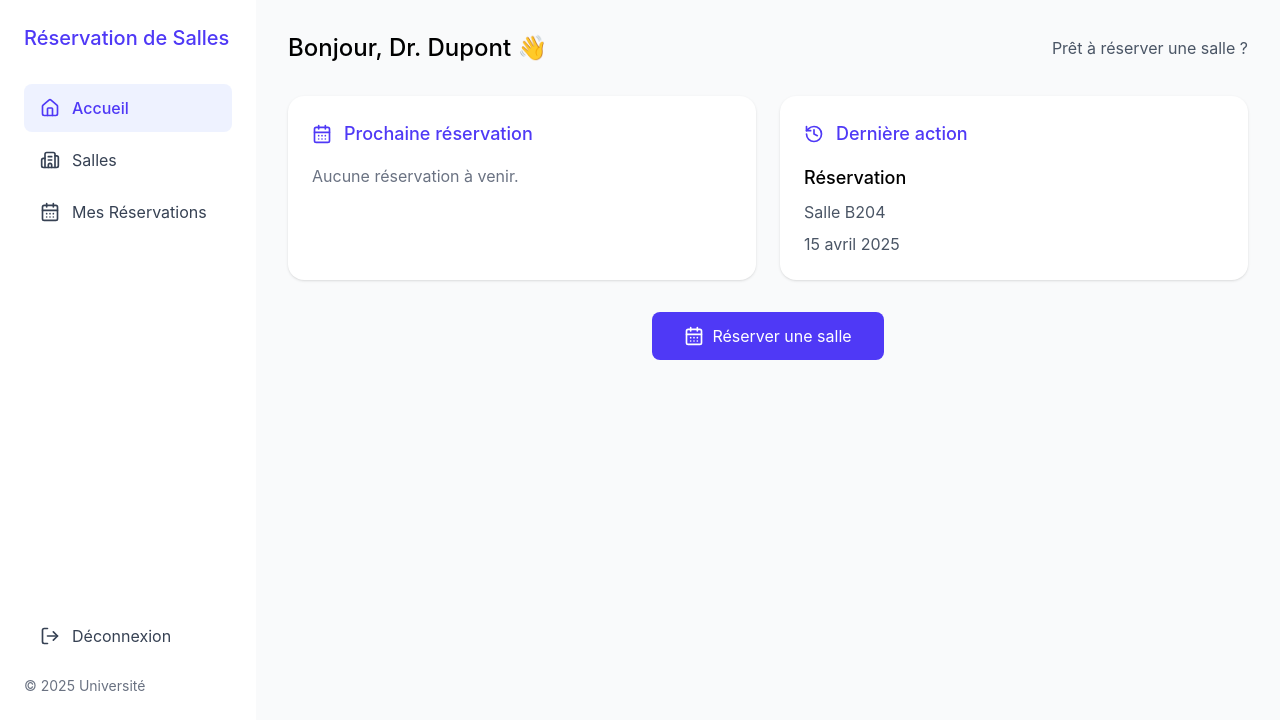
Repository: alaouii1/reservation-salles-front-V0.0.1
Page: /
An editor plug-in stored every save of this project. The page is shown before and after the next save, followed by the edit.
The browser window is 1280 px wide. The pictures show the whole page.
The page's requests for data from a server got no answer. The project was rebuilt for these pictures with package versions that can differ from the ones it lists, and the page was loaded fresh each time. No one was signed in, and anything a server would have sent is missing. Also part of the build but not shown: vite.config.ts, src/services/salleService.ts, src/pages/Rooms.tsx, src/pages/Reservations.tsx.

Above is the page before, as saved 2025-04-23 16:37:09.

After the next save:
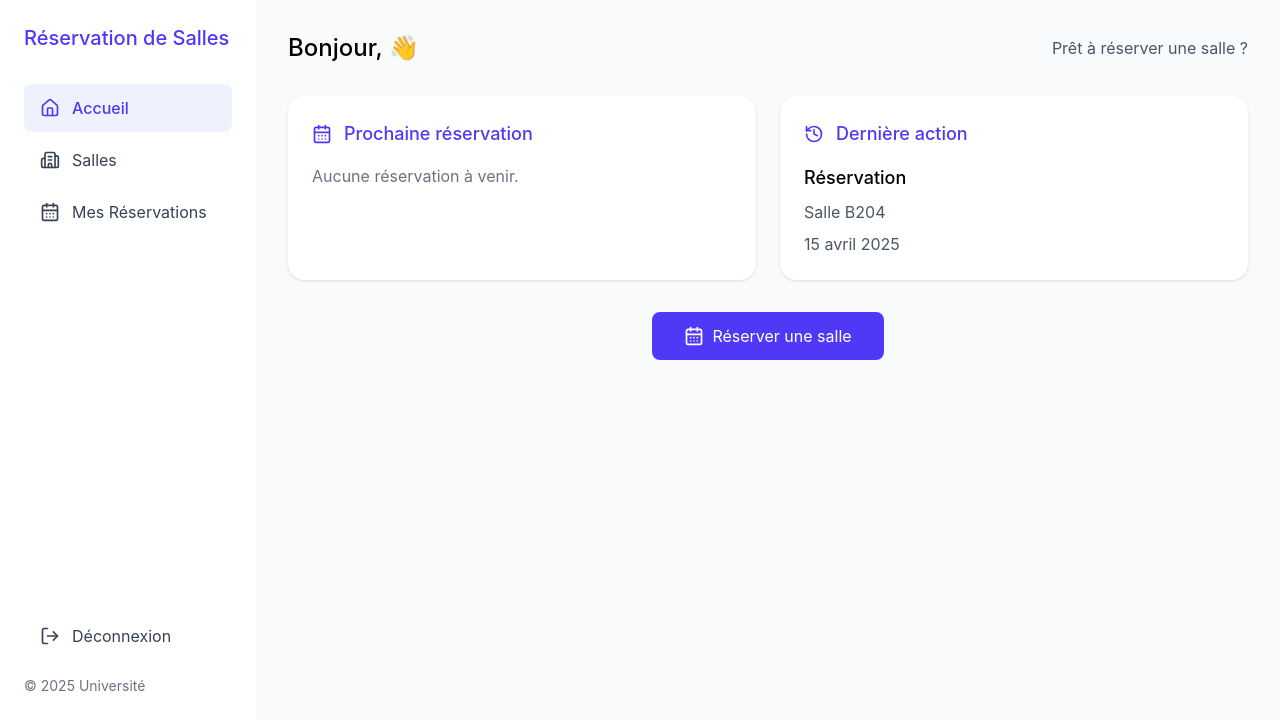
Saved 22 h 14 min later.
--- a/src/pages/Home.tsx
+++ b/src/pages/Home.tsx
@@ -28,7 +28,7 @@
         {/* Header */}
         <header className="flex justify-between items-center mb-8">
           <h1 className="text-2xl font-medium">
-            Bonjour, Dr. Dupont <span role="img" aria-label="wave">👋</span>
+            Bonjour,{} <span role="img" aria-label="wave">👋</span>
           </h1>
           <button className="text-gray-600 hover:text-gray-800">
             Prêt à réserver une salle ?

After the save that followed:
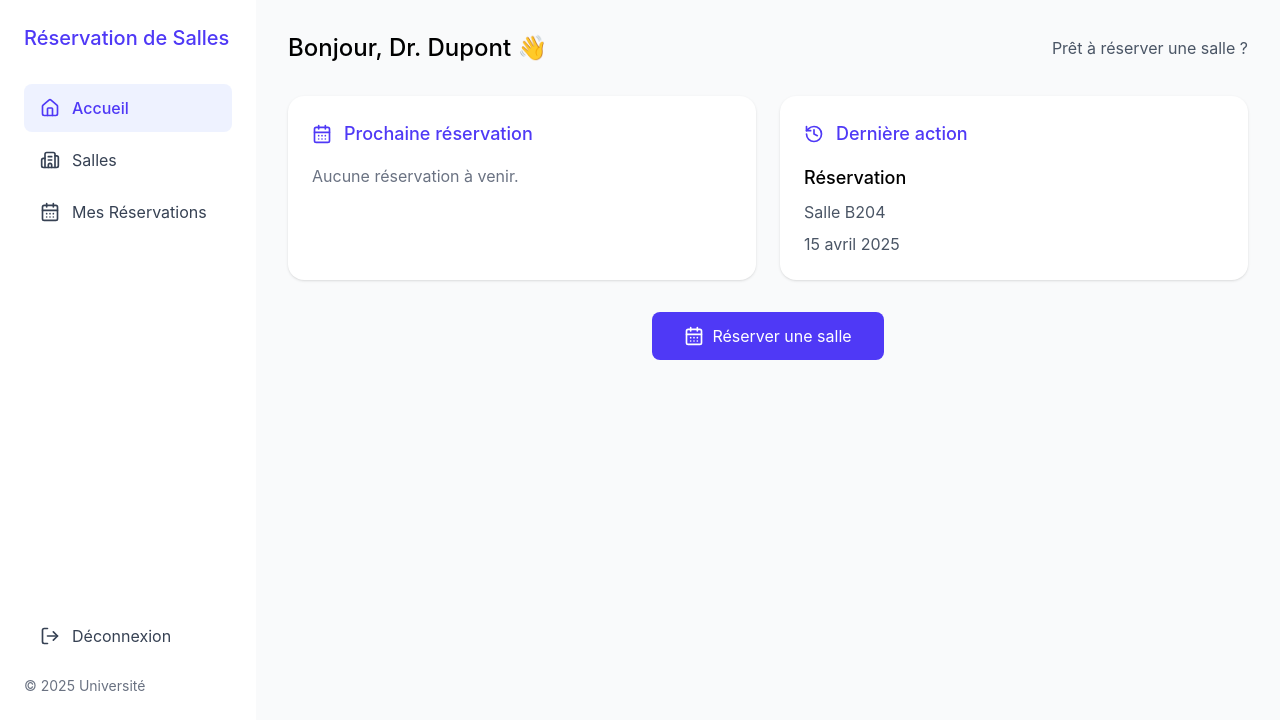
Saved 8 s later.
--- a/src/pages/Home.tsx
+++ b/src/pages/Home.tsx
@@ -28,7 +28,7 @@
         {/* Header */}
         <header className="flex justify-between items-center mb-8">
           <h1 className="text-2xl font-medium">
-            Bonjour,{} <span role="img" aria-label="wave">👋</span>
+            Bonjour, Dr. Dupont <span role="img" aria-label="wave">👋</span>
           </h1>
           <button className="text-gray-600 hover:text-gray-800">
             Prêt à réserver une salle ?
